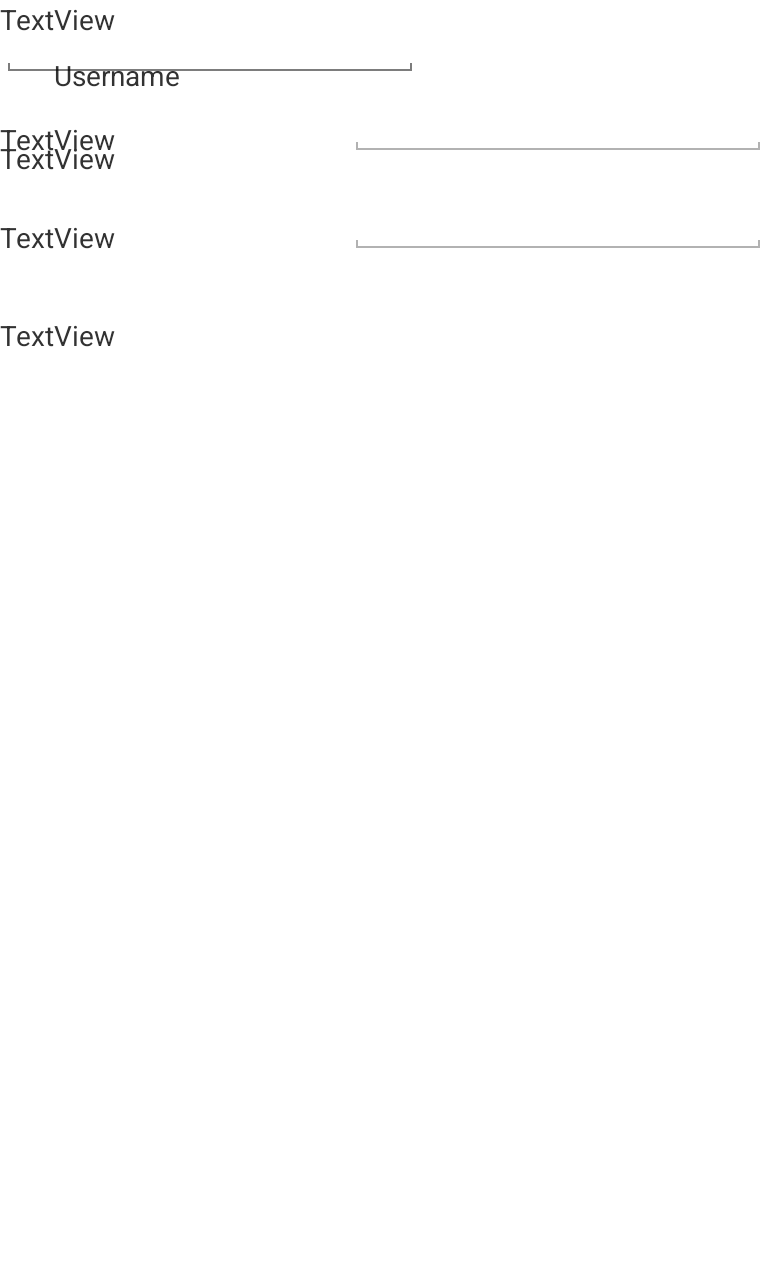
Repository: mpdehnel/seg
Layout: VectorOne/res/layout/activity_addnewuser.xml
The author's editor kept a copy of each file at every save. The layout is drawn from the files as they stood at one save, then again after the next save.
It is drawn on a 768 x 1280 px phone screen (xhdpi) without system bars, with theme AppTheme; the app's code is not run.

Above is the layout before, as saved 2013-02-18 03:36:21.

### VectorOne/res/layout/activity_addnewuser.xml
<?xml version="1.0" encoding="utf-8"?>
    <RelativeLayout xmlns:android="http://schemas.android.com/apk/res/android"
        android:layout_width="fill_parent"
        android:layout_height="fill_parent" >

        <TextView
            android:id="@+id/UsernameLabel"
            android:layout_width="wrap_content"
            android:layout_height="wrap_content"
            android:layout_alignParentLeft="true"
            android:layout_alignParentTop="true"
            android:layout_marginLeft="27dp"
            android:layout_marginTop="28dp"
            android:text="Username" />

        <EditText
            android:id="@+id/PasswordInput"
            android:layout_width="wrap_content"
            android:layout_height="wrap_content"
            android:layout_alignBottom="@+id/textView2"
            android:layout_alignParentRight="true"
            android:ems="10"
            android:inputType="textPassword" />

        <EditText
            android:id="@+id/UsernameInput"
            android:layout_width="wrap_content"
            android:layout_height="wrap_content"
            android:layout_above="@+id/textView2"
            android:layout_alignLeft="@+id/editText2"
            android:ems="10" >

            <requestFocus />
        </EditText>

        <TextView
            android:id="@+id/textView3"
            android:layout_width="wrap_content"
            android:layout_height="wrap_content"
            android:layout_alignLeft="@+id/textView2"
            android:layout_below="@+id/textView2"
            android:layout_marginTop="30dp"
            android:text="TextView" />

        <TextView
            android:id="@+id/textView4"
            android:layout_width="wrap_content"
            android:layout_height="wrap_content"
            android:layout_alignLeft="@+id/textView3"
            android:layout_below="@+id/editText3"
            android:layout_marginTop="30dp"
            android:text="TextView" />

        <TextView
            android:id="@+id/textView5"
            android:layout_width="wrap_content"
            android:layout_height="wrap_content"
            android:layout_alignRight="@+id/textView4"
            android:layout_below="@+id/editText4"
            android:layout_marginTop="30dp"
            android:text="TextView" />

        <EditText
            android:id="@+id/editText3"
            android:layout_width="wrap_content"
            android:layout_height="wrap_content"
            android:layout_alignBottom="@+id/textView3"
            android:layout_alignParentRight="true"
            android:ems="10"
            android:inputType="textPassword" />

        <EditText
            android:id="@+id/editText4"
            android:layout_width="wrap_content"
            android:layout_height="wrap_content"
            android:ems="10"
            android:inputType="date" />

        <EditText
            android:id="@+id/editText5"
            android:layout_width="wrap_content"
            android:layout_height="wrap_content"
            android:ems="10"
            android:inputType="phone" />

        <TextView
            android:id="@+id/textView2"
            android:layout_width="wrap_content"
            android:layout_height="wrap_content"
            android:layout_marginTop="60dp"
            android:text="TextView" />

        <TextView
            android:id="@+id/textView6"
            android:layout_width="wrap_content"
            android:layout_height="wrap_content"
            android:layout_above="@+id/editText2"
            android:layout_alignLeft="@+id/textView1"
            android:text="TextView" />

    </RelativeLayout>

Loaded but not shown: VectorOne/res/values/styles.xml (common file); VectorOne/res/values-v11/styles.xml (common file); VectorOne/res/values-v14/styles.xml (common file)

After the next save:
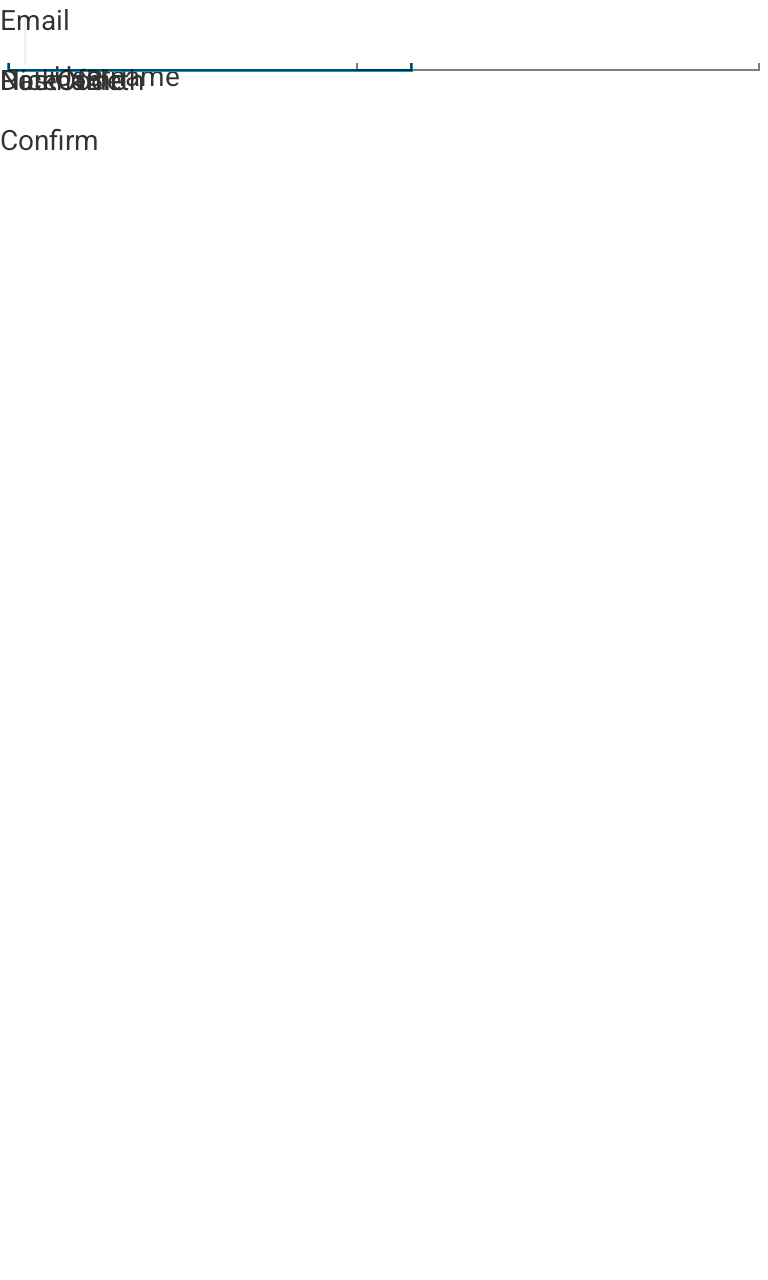
Saved 3 min 18 s later.
--- a/VectorOne/res/layout/activity_addnewuser.xml
+++ b/VectorOne/res/layout/activity_addnewuser.xml
@@ -34,34 +34,34 @@
         </EditText>
 
         <TextView
-            android:id="@+id/textView3"
+            android:id="@+id/Nickname"
             android:layout_width="wrap_content"
             android:layout_height="wrap_content"
             android:layout_alignLeft="@+id/textView2"
             android:layout_below="@+id/textView2"
             android:layout_marginTop="30dp"
-            android:text="TextView" />
+            android:text="Nickname" />
 
         <TextView
-            android:id="@+id/textView4"
+            android:id="@+id/DateOfBirth"
             android:layout_width="wrap_content"
             android:layout_height="wrap_content"
             android:layout_alignLeft="@+id/textView3"
             android:layout_below="@+id/editText3"
             android:layout_marginTop="30dp"
-            android:text="TextView" />
+            android:text="DateOfBirth" />
 
         <TextView
-            android:id="@+id/textView5"
+            android:id="@+id/PostCode"
             android:layout_width="wrap_content"
             android:layout_height="wrap_content"
             android:layout_alignRight="@+id/textView4"
             android:layout_below="@+id/editText4"
             android:layout_marginTop="30dp"
-            android:text="TextView" />
+            android:text="PostCode" />
 
         <EditText
-            android:id="@+id/editText3"
+            android:id="@+id/PasswordInputConfirm"
             android:layout_width="wrap_content"
             android:layout_height="wrap_content"
             android:layout_alignBottom="@+id/textView3"
@@ -70,32 +70,32 @@
             android:inputType="textPassword" />
 
         <EditText
-            android:id="@+id/editText4"
+            android:id="@+id/DateOfBirthInput"
             android:layout_width="wrap_content"
             android:layout_height="wrap_content"
             android:ems="10"
             android:inputType="date" />
 
         <EditText
-            android:id="@+id/editText5"
+            android:id="@+id/PostCodeInput"
             android:layout_width="wrap_content"
             android:layout_height="wrap_content"
             android:ems="10"
             android:inputType="phone" />
 
         <TextView
-            android:id="@+id/textView2"
+            android:id="@+id/PassswordConfirm"
             android:layout_width="wrap_content"
             android:layout_height="wrap_content"
             android:layout_marginTop="60dp"
-            android:text="TextView" />
+            android:text="Confirm" />
 
         <TextView
-            android:id="@+id/textView6"
+            android:id="@+id/Email"
             android:layout_width="wrap_content"
             android:layout_height="wrap_content"
             android:layout_above="@+id/editText2"
             android:layout_alignLeft="@+id/textView1"
-            android:text="TextView" />
+            android:text="Email" />
 
     </RelativeLayout>
